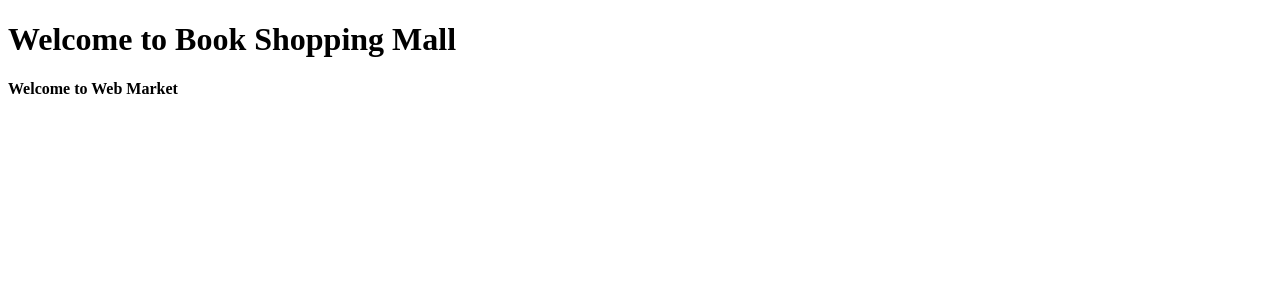
Repository: 6dreamhigh/jsp
Page: http://localhost/BookMarket/welcome.jsp
An editor plug-in stored every save of this project. The page is shown before and after the next save, followed by the edit.
The browser window is 1280 px wide. The pictures show the whole page.
The page is served by Tomcat 9.

Above is the page before, as saved 2024-08-12 06:41:55.

### BookMarket/src/main/webapp/welcome.jsp
<%@ page language="java" contentType="text/html; charset=EUC-KR"
    pageEncoding="EUC-KR"%>
<!DOCTYPE html>
<html>
<head>
<meta charset="EUC-KR">
<title>Insert title here</title>
</head>
<body>
<%! String greeting = "Welcome to Book Shopping Mall";
	String tagline = "Welcome to Web Market";
%>
<h1><%=greeting %></h1>
<h4><%=tagline %></h4>
</body>
</html>

After the next save:
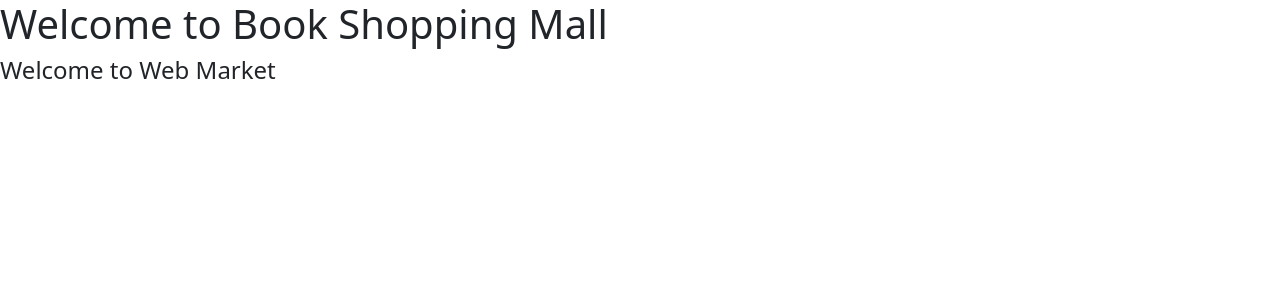
Saved 118 s later.
--- a/BookMarket/src/main/webapp/welcome.jsp
+++ b/BookMarket/src/main/webapp/welcome.jsp
@@ -5,6 +5,7 @@
 <head>
 <meta charset="EUC-KR">
 <title>Insert title here</title>
+<link href="https://cdn.jsdelivr.net/npm/bootstrap@5.1.3/dist/css/bootstrap.min.css" rel="stylesheet">
 </head>
 <body>
 <%! String greeting = "Welcome to Book Shopping Mall";
